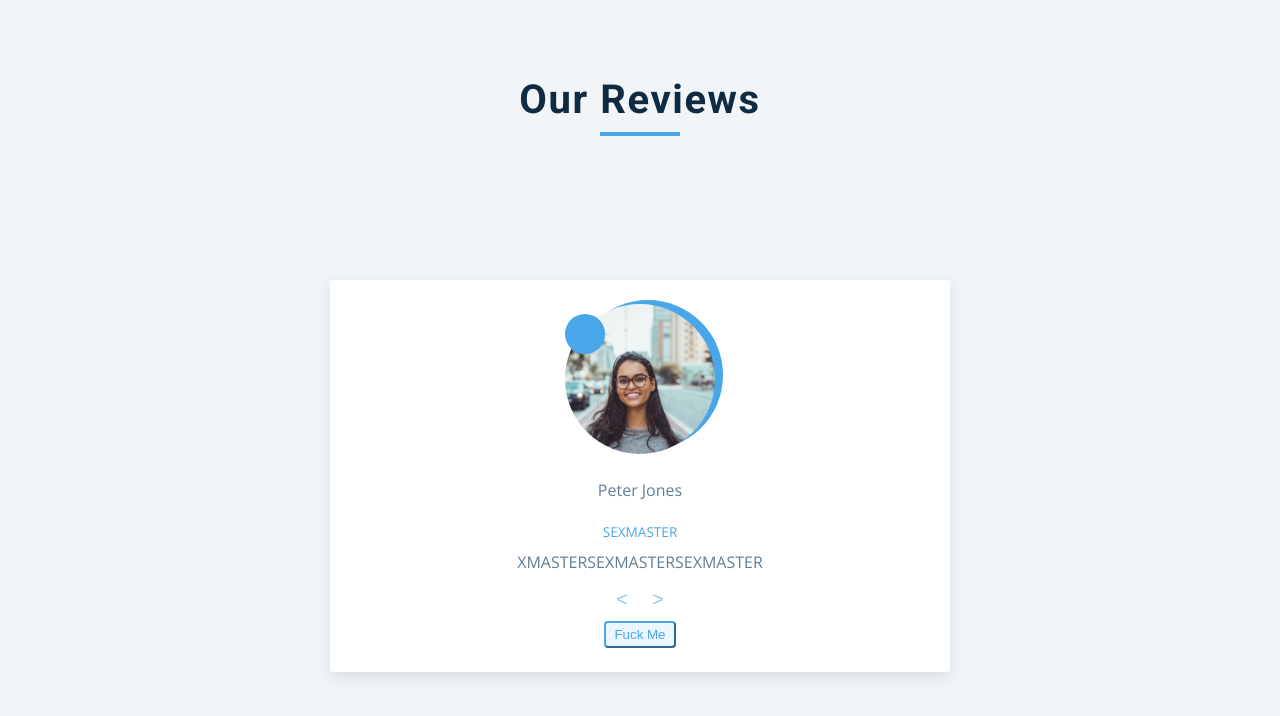
Repository: hseunghwan/practice-vanilla-javascript
Page: Carousel/Carousel.html
These files come from the project's save history. The page is drawn as it stood at one moment and after the next save; the edit follows.
The browser window is 1280 px wide. The pictures show the whole page.

Above is the page before, as saved 2023-05-10 21:01:32.
Console error: TypeError: Cannot set properties of null (setting 'textContent')

After the next save:
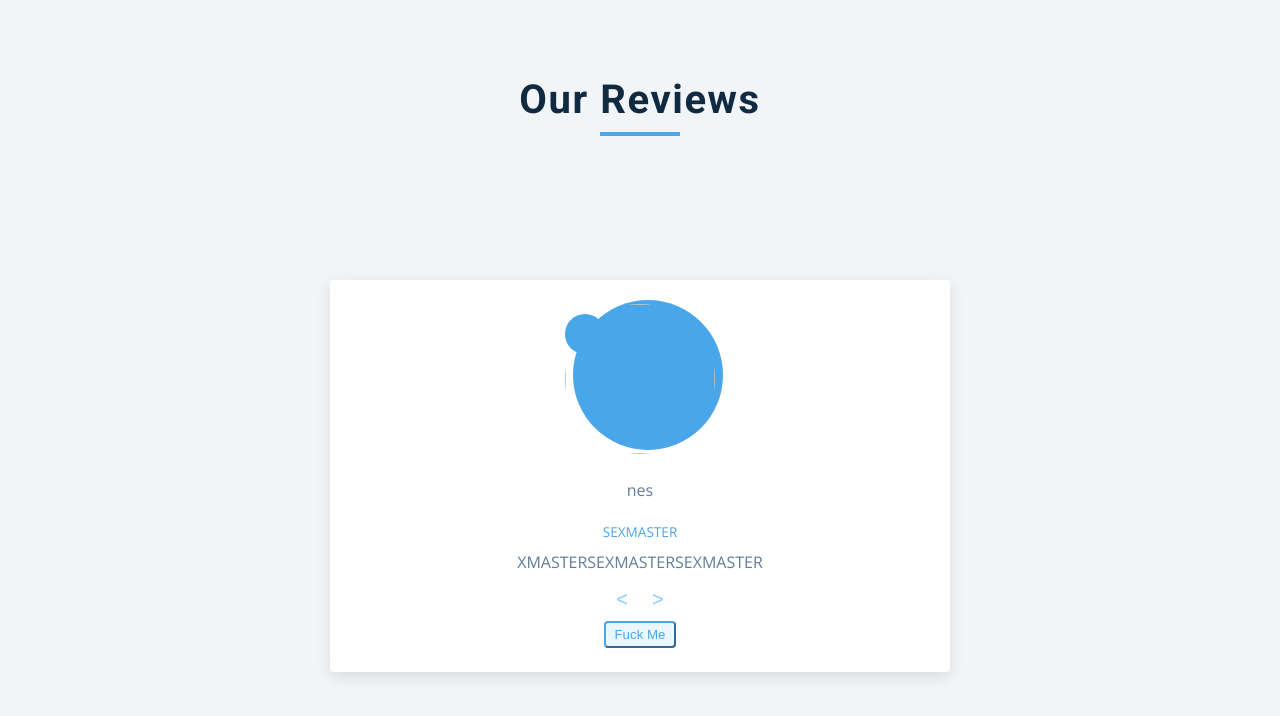
Saved 63 s later.
--- a/Carousel/Carousel.html
+++ b/Carousel/Carousel.html
@@ -16,16 +16,16 @@
             <div class="main">
                 <div class="review">
                     <div class="img-container">
-                        <img src="person-1.jpeg" alt="" id="person-img" />
+                        <img src="" alt="" id="person-img" />
                     </div>
-                    <p id="auther">Peter Jones</p>
+                    <p id="auther">nes</p>
                     <p id="job">SEXMASTER</p>
                     <p id="info">XMASTERSEXMASTERSEXMASTER</p>
                     <div>
-                        <button class="prev-btn"><</button>
-                        <button class="next-btn">></button>
+                        <button class="btn prev-btn"><</button>
+                        <button class="btn next-btn">></button>
                     </div>
-                    <button class="random-btn">fuck me</button>
+                    <button class="btn random-btn">fuck me</button>
                 </div>
             </div>
         </div>

After the 5 saves that followed:
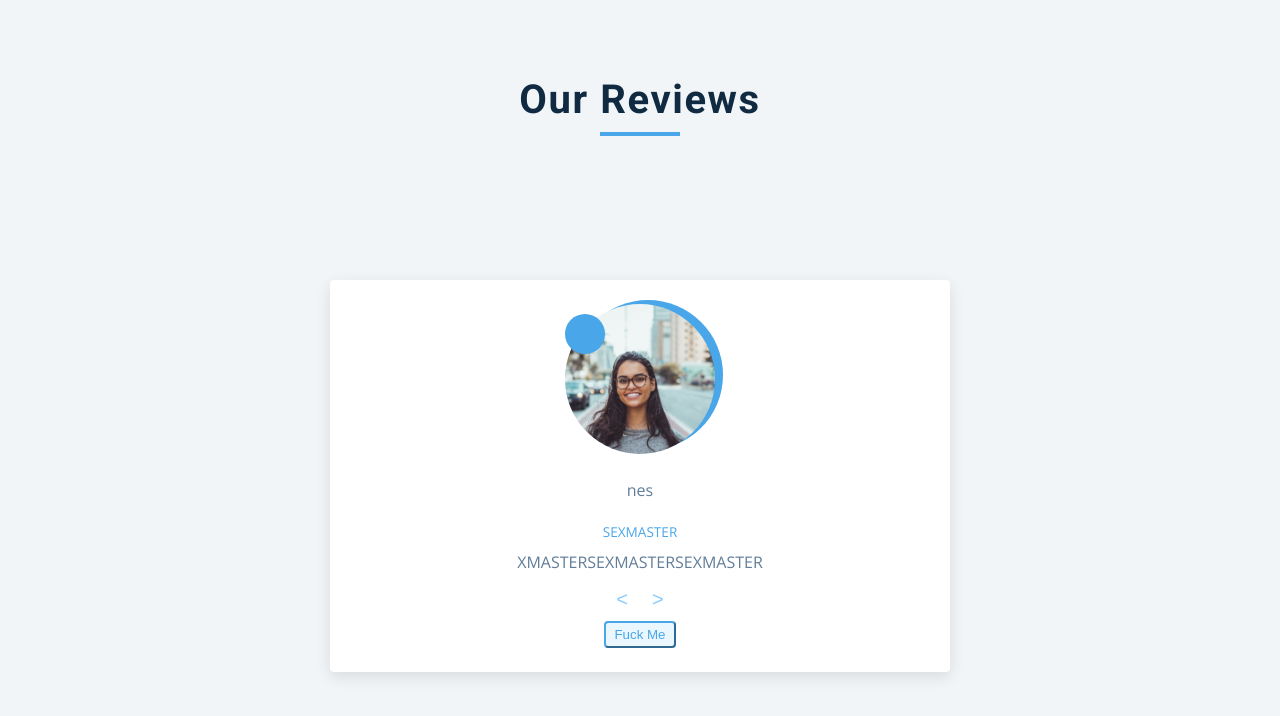
Console error: TypeError: Cannot set properties of null (setting 'src')
The 5 saves are shown as one change because 4 left the picture as it was.
The last was saved 4 min 54 s later.
--- a/Carousel/Carousel.html
+++ b/Carousel/Carousel.html
@@ -3,7 +3,6 @@
     <head>
         <title>Carousel</title>
         <link rel="stylesheet" href="Carousel.css" />
-        <script src="app.js"></script>
     </head>
     <body>
         <div class="section">
@@ -16,7 +15,7 @@
             <div class="main">
                 <div class="review">
                     <div class="img-container">
-                        <img src="" alt="" id="person-img" />
+                        <img src="person-1.jpeg" alt="" id="person-img" />
                     </div>
                     <p id="auther">nes</p>
                     <p id="job">SEXMASTER</p>
@@ -29,5 +28,6 @@
                 </div>
             </div>
         </div>
+        <script src="app.js"></script>
     </body>
 </html>
--- a/Carousel/app.js
+++ b/Carousel/app.js
@@ -36,10 +36,10 @@ const info = document.getElementById("info");
 
 const btns = document.querySelectorAll(".btn");
 
-let currentid = 0;
+let currentItem = 0;
 window.addEventListener("DOMContentLoaded", () => {
-    const item = reviews[currentid];
-    img.textContent = item.img;
+    const item = reviews[currentItem];
+    img.src = item.img;
     author.textContent = item.name;
     job.textContent = item.job;
     info.textContent = item.text;
